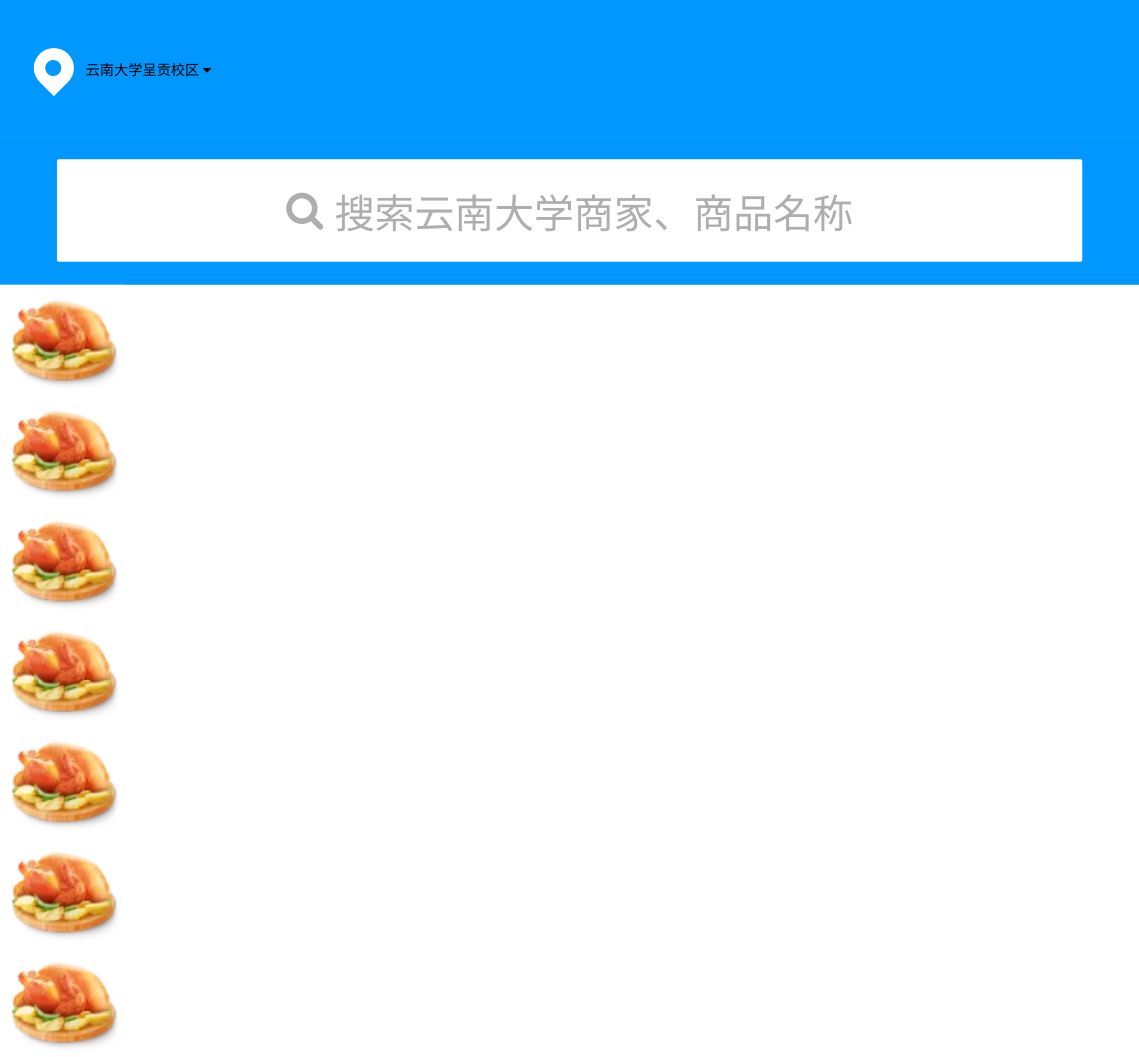
Repository: F000top/ele
Page: index.html
An editor plug-in stored every save of this project. The page is shown before and after the next save, followed by the edit.
The browser window is 1280 px wide. The pictures show the whole page, at 89% of full size.

Above is the page before, as saved 2022-06-07 21:25:01.

### index.html
<!DOCTYPE html>
<html lang="en">
<head>
    <meta charset="UTF-8">
    <!-- 移动端网页必备 -->
    <meta name="viewport" content="width=device-width,initial-scale=1">
    <!-- 导入一些库文件 -->
    <link href="framework/font-awesome/css/font-awesome.min.css" rel="stylesheet">
    <link href="framework/reset.css" rel="stylesheet">
    <link href="framework/icon.css" rel="stylesheet">
    <link href="css/index.css" rel="stylesheet">


    <meta http-equiv="X-UA-Compatible" content="IE=edge">
    <meta name="viewport" content="width=device-width, initial-scale=1.0">
    <title>云南大学校园外卖平台</title>
</head>
<body>
    <!-- 总容器 ，wrapper是包装器的意思-->
    <div class="wrapper">

        <!-- header部分 -->
        <header>
            <div class="icon-location-box">

                <div class="icon-location"></div>
            </div>

            <div>云南大学呈贡校区 <i class="fa fa-caret-down"></i></div>
        </header>

        <!-- search部分 -->
			<!--
			    搜索框部分（此块与search-fixed-top块宽度高度一致，用于当
				search-fixed-top块固定后，挡住下面块不要窜上去）
			-->
			<div class="search">
				<!-- 当滚动条超过上面的定位块时，search-fixed-top块变成固定在顶部。 -->
				<div class="search-fixed-top" id="fixedBox">
					<!-- 搜索框部分中间的白框 -->
					<div class="search-box">
						<i class="fa fa-search"></i>搜索云南大学商家、商品名称
					</div>
				</div>
			</div>

            <!-- 点餐分类部分 -->

             <ul class="foodtype">
               <li>
                   <img src="img/dcfl01.png">
                   <p></p>
               </li>

               <li>
                <img src="img/dcfl01.png">
                <p></p>
            </li>

            <li>
                <img src="img/dcfl01.png">
                <p></p>
            </li>
            <li>
                <img src="img/dcfl01.png">
                <p></p>
            </li>
            <li>
                <img src="img/dcfl01.png">
                <p></p>
            </li>
            <li>
                <img src="img/dcfl01.png">
                <p></p>
            </li>
            <li>
                <img src="img/dcfl01.png">
                <p></p>
            </li>


             </ul>










    </div>
</body>
</html>

### framework/reset.css
/***************** CSS重置 *******************/
/* 开发自己想要的东西 */
html,body,div,span,h1,h2,h3,h4,h5,h6,ul,ol,li,p{
	margin: 0;
	padding: 0;
}

html,body{
	width: 100%;
	height: 100%;
	font-family: "幼圆";

}

ul,ol{
	list-style: none;

}

/* 标签 */
a{
	text-decoration: none;
}

### framework/icon.css
/**
 * location 定位小图标
 * 说明：使用div标签，加上icon-location类样式即可。
 *       但需要放置在一个容器中，调整容器大小，图标能自适应容器大小。
 * 示例：
 * <div class="icon-location-box">
 *     <div class="icon-location"></div>
 * </div>
 */
.icon-location {
	position: relative;
	width: 100%;
	height: 100%;
	border-radius: 50% 50% 50% 0;
	background: #fff;
	transform: rotate(-45deg);
}
.icon-location:after {
	content: '';
	width: 40%;
	height: 40%;
	margin: 30% 0 0 29%;
	background-color: #0097FF;
	position: absolute;
	border-radius: 50%;
}

### css/index.css
/* 总容器 */
.wrapper{
    width: 100%;
    height: 100%;
}
/* vw就是当前屏幕宽度的1% */
/* 头部header */
.wrapper header{
    width: 100%;
    height: 12vw;
    background-color: #0097ff;

    display: flex;
    align-items: center;
}

.wrapper header .icon-location-box{
    width: 3.5vw;
    height: 3.5vw;
    margin: 0 1vw 0 3vw;
}

.wrapper head.location-text{
    font-size: 4.5vw;
    font-weight: 700;
    color: rgba(24, 216, 168, 0.13);
}

.wrapper header .location-text.fa-caret-down{
    margin: left 1vw; ;
}


/* search部分 */

/****************** search ******************/
.wrapper .search{
	width: 100%;
	height: 13vw;
}
.wrapper .search .search-fixed-top{
	width: 100%;
	height: 13vw;
	background-color: #0097FF;
	display: flex;
	justify-content: center;
	align-items: center;
}
.wrapper .search .search-fixed-top .search-box{
	width: 90%;
	height: 9vw;
	background-color: #fff;
	border-radius: 2px;

	display: flex;
	justify-content: center;
	align-items: center;

	font-size: 3.5vw;
	color: #AEAEAE;
	font-family: "宋体";
	/*此样式是让文本选中状态无效*/
	user-select: none;
}
.wrapper .search .search-fixed-top .search-box .fa-search{
	margin-right: 1vw;
}

Loaded but not shown: framework/font-awesome/css/font-awesome.min.css (library)

After the next save:
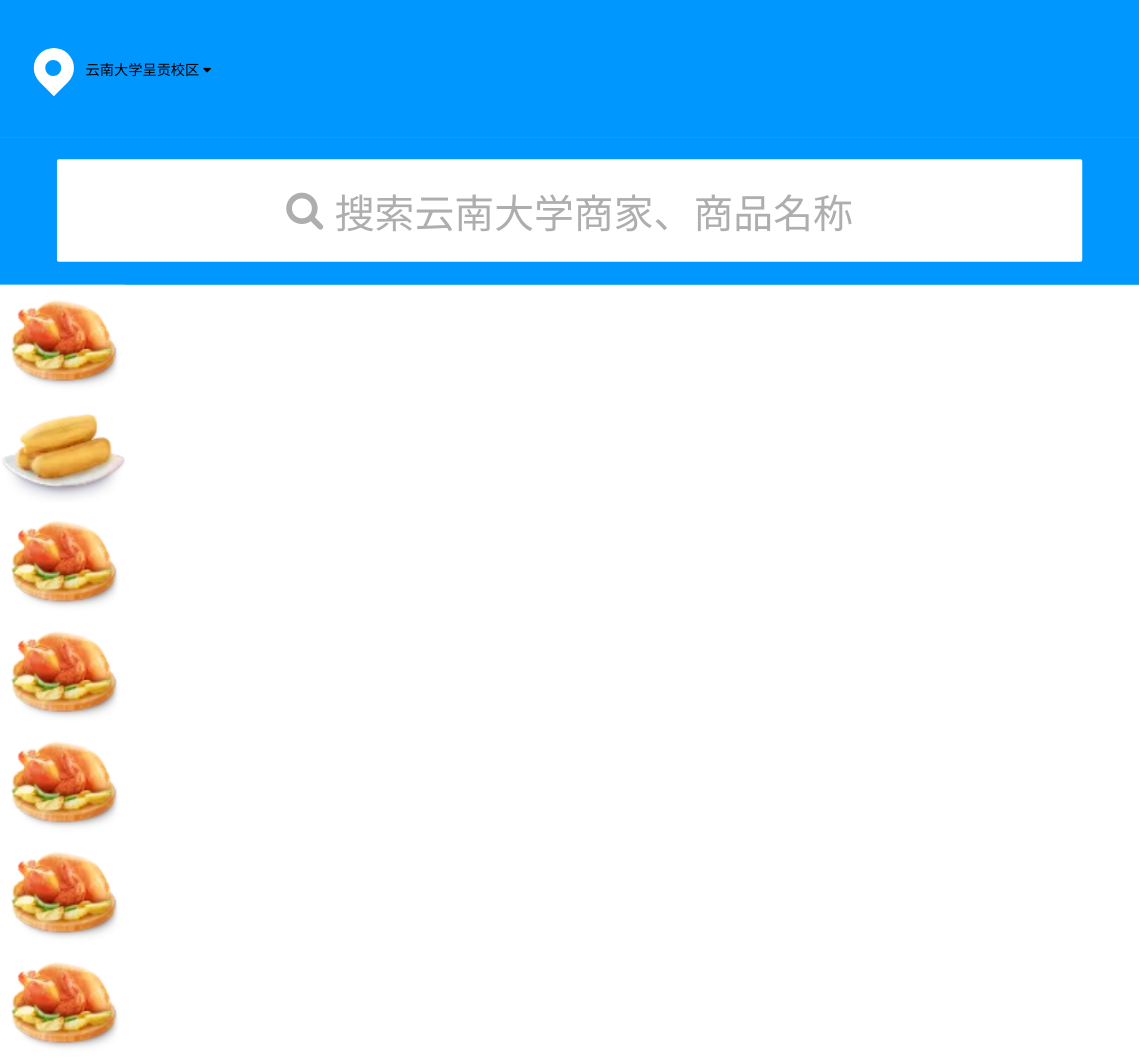
Saved 17 s later.
--- a/index.html
+++ b/index.html
@@ -53,7 +53,7 @@
                </li>
 
                <li>
-                <img src="img/dcfl01.png">
+                <img src="img/dcfl02.png">
                 <p></p>
             </li>
 
